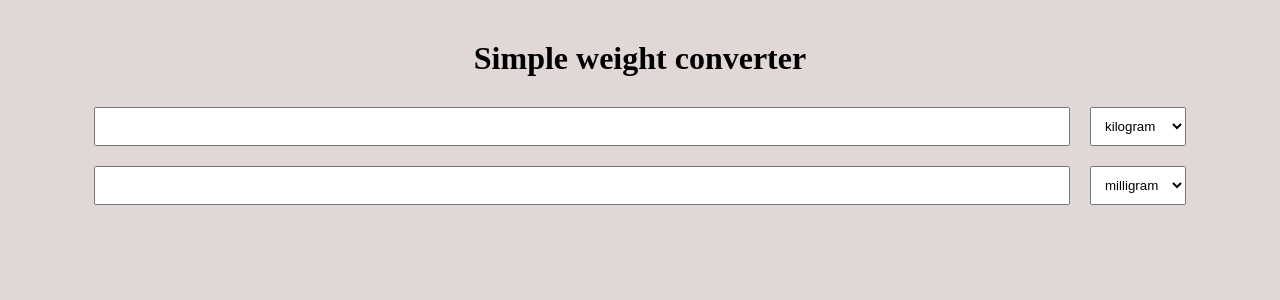
Repository: Eugene44-hub/weight-converter
Page: index.html
An editor plug-in stored every save of this project. The page is shown before and after a run of saves, followed by the edit.
The browser window is 1280 px wide. The pictures show the whole page.

Above is the page before, as saved 2021-09-20 05:15:24.

### index.html
<!DOCTYPE html>
<html lang="en">

<head>
    <meta charset="UTF-8">
    <meta http-equiv="X-UA-Compatible" content="IE=edge">
    <meta name="viewport" content="width=device-width, initial-scale=1.0">
    <link rel="stylesheet" href="style.css">
    <title>Document</title>
</head>

<body>
    <div class="converter">
        <h1>Simple weight converter</h1>

        <input type="number" id="typed">
        <select name="" id="in-weight">
      <option value="kg">kilogram</option>
      <option value="ou">ounce</option>
      <option value="mg">milligram</option>
    </select>
        <input type="number" id="output">
        <select name="" id="out-weight">
      <option value="mg">milligram</option>
      <option value="ou">ounce</option>
      <option value="kg">kilogram</option>
    </select>
    </div>
    <script src="app.js"></script>
</body>

</html>

### style.css
* {
    padding: 0;
    margin: 0;
    box-sizing: border-box;
}

body {
    background-color: rgb(226, 215, 215);
}

input {
    padding: 10px;
    flex: 50%;
}

h1 {
    text-align: center;
    flex: 100%;
    margin-bottom: 20px;
}

select {
    padding: 10px;
}

.converter {
    display: flex;
    flex-wrap: wrap;
    justify-content: space-between;
    padding: 20px;
    margin: 20px auto;
    max-width: 90%;
}

select,
input {
    margin: 10px;
}

### app.js
let typed = document.querySelector('#typed');
let output = document.querySelector('#output');
let select = document.querySelector('#in-weight');
let select2 = document.querySelector('#out-weight');

function selectTwo(val) {
    select2.addEventListener('change', e => {
        if (select2.value === 'mg' && select.value === 'kg') {
            output.value = val * Math.pow(10, 6)
        } else if (select2.value === "ou" && select.value === 'mg') {
            output.value = val * 0.000035274
        } else if (select2.value === "ou" && select.value === 'kg') {
            output.value = val * 35.274
        } else if (select2.value === "kg" && select.value === 'ou') {
            output.value = val / 35.274
        } else if (select2.value === "mg" && select.value === 'ou') {
            output.value = val / 0.000035274
        } else if (select2.value === "kg" && select.value === 'mg') {
            output.value = val / Math.pow(10, 6)
        } else {
            output.value = typed.value
        }

    })
}

function selectOne(val) {
    select.addEventListener('change', e => {

        if (select2.value === 'mg' && select.value === 'kg') {
            typed.value = val / Math.pow(10, 6)
        } else if (select2.value === "mg" && select.value === 'ou') {
            typed.value = val * 0.000035274
        } else if (select2.value === "ou" && select.value === 'kg') {
            typed.value = val / 35.274
        } else if (select2.value === "kg" && select.value === 'ou') {
            typed.value = val * 35.274
        } else if (select2.value === "ou" && select.value === 'mg') {
            typed.value = val / 0.000035274
        } else if (select2.value === "kg" && select.value === 'mg') {
            typed.value = val * Math.pow(10, 6)
        } else { typed.value = output.value }
    })
}


typed.addEventListener('input',
    e => {

        if (select2.value === 'mg' && select.value === 'kg') {
            output.value = Number(e.target.value) * Math.pow(10, 6)
        } else if (select2.value === "ou" && select.value === 'mg') {
            output.value = Number(e.target.value) * 0.000035274
        } else if (select2.value === "ou" && select.value === 'kg') {
            output.value = Number(e.target.value) * 35.274
        } else if (select2.value === "kg" && select.value === 'ou') {
            output.value = Number(e.target.value) / 35.274
        } else if (select2.value === "mg" && select.value === 'ou') {
            output.value = Number(e.target.value) / 0.000035274
        } else if (select2.value === "kg" && select.value === 'mg') {
            output.value = Number(e.target.value) / Math.pow(10, 6)
        } else {
            output.value = typed.value
        }
        selectTwo(Number(e.target.value))
    })

output.addEventListener('input',
    e => {
        if (select2.value === 'mg' && select.value === 'kg') {
            typed.value = Number(e.target.value) / Math.pow(10, 6)
        } else if (select2.value === "mg" && select.value === 'ou') {
            typed.value = Number(e.target.value) * 0.000035274
        } else if (select2.value === "ou" && select.value === 'kg') {
            typed.value = Number(e.target.value) / 35.274
        } else if (select2.value === "kg" && select.value === 'ou') {
            typed.value = Number(e.target.value) * 35.274
        } else if (select2.value === "ou" && select.value === 'mg') {
            typed.value = Number(e.target.value) / 0.000035274
        } else if (select2.value === "kg" && select.value === 'mg') {
            typed.value = Number(e.target.value) * Math.pow(10, 6)
        } else { typed.value = output.value }
        selectOne(Number(e.target.value))
    })

After the next 2 saves:
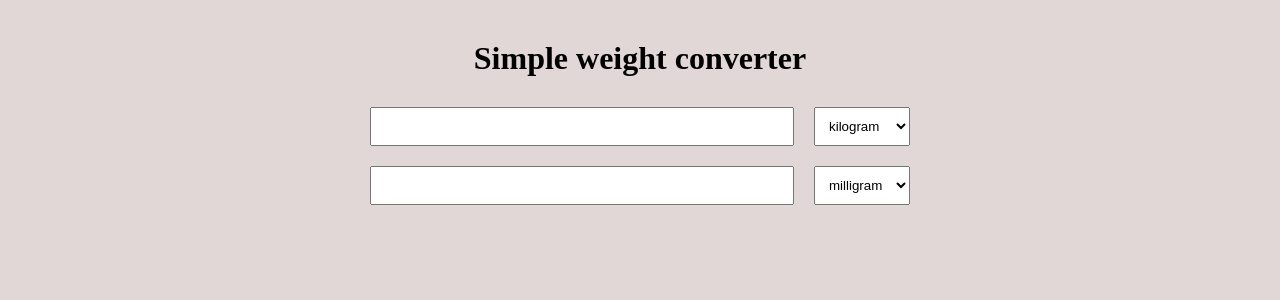
The 2 saves are shown as one change because they came seconds apart.
The last was saved 7 s later.
--- a/style.css
+++ b/style.css
@@ -29,7 +29,7 @@ select {
     justify-content: space-between;
     padding: 20px;
     margin: 20px auto;
-    max-width: 90%;
+    max-width: 600px;
 }
 
 select,
